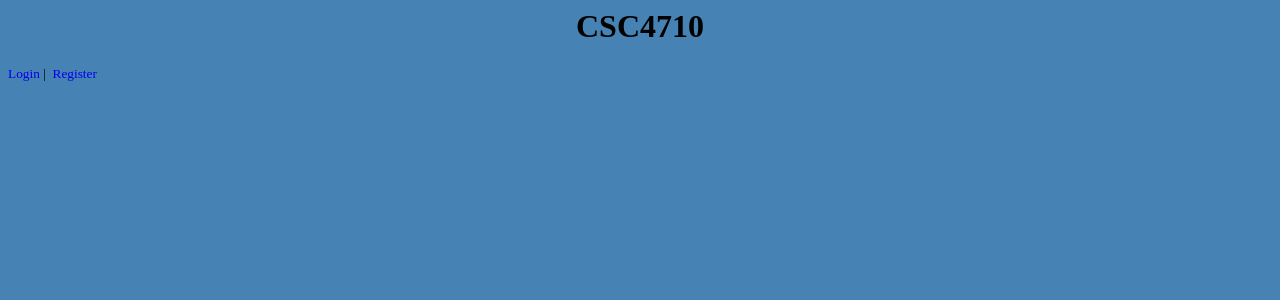
Repository: burtonn1845/csc4710Project
Page: http://localhost/CSC4710Demo/jsps/top.jsp
An editor plug-in stored every save of this project. The page is shown before and after the next save, followed by the edit.
The browser window is 1280 px wide. The pictures show the whole page.
The page is served by Tomcat 9. Other server files are loaded and not shown.

Above is the page before, as saved 2018-06-09 21:55:38.

### CSC4710Demo/WebContent/jsps/top.jsp
<%@ page language="java" import="java.util.*" pageEncoding="UTF-8"%>
<%@ taglib prefix="c" uri="http://java.sun.com/jsp/jstl/core" %>


<!DOCTYPE HTML PUBLIC "-//W3C//DTD HTML 4.01 Transitional//EN">
<html>
  <head>
    <title>top</title>

	<meta http-equiv="pragma" content="no-cache">
	<meta http-equiv="cache-control" content="no-cache">
	<meta http-equiv="expires" content="0">
	<meta http-equiv="keywords" content="keyword1,keyword2,keyword3">
	<meta http-equiv="description" content="This is my page">
	<meta http-equiv="content-type" content="text/html;charset=utf-8">
	<!--
	<link rel="stylesheet" type="text/css" href="styles.css">
	-->
<style type="text/css">
	body {
		background: #4682B4;
	}
	a {
		text-transform:none;
		text-decoration:none;
	}
	a:hover {
		text-decoration:underline;
	}
</style>
  </head>

  <body>
<h1 style="text-align: center;">CSC4710</h1>
<div style="font-size: 10pt;">
	<c:choose>
		<c:when test="${empty sessionScope.session_user }">
			<a href="<c:url value='/jsps/user/login.jsp'/>" target="_parent">Login</a> |&nbsp;
			<a href="<c:url value='/jsps/user/regist.jsp'/>" target="_parent">Register</a>
		</c:when>
		<c:otherwise>
			Hello：${sessionScope.session_user.username };
			<a href="<c:url value='/jsps/item.jsp'/>" target="body">Query Result</a>&nbsp;&nbsp;
		</c:otherwise>
	</c:choose>

</div>
  </body>
</html>

After the next save:
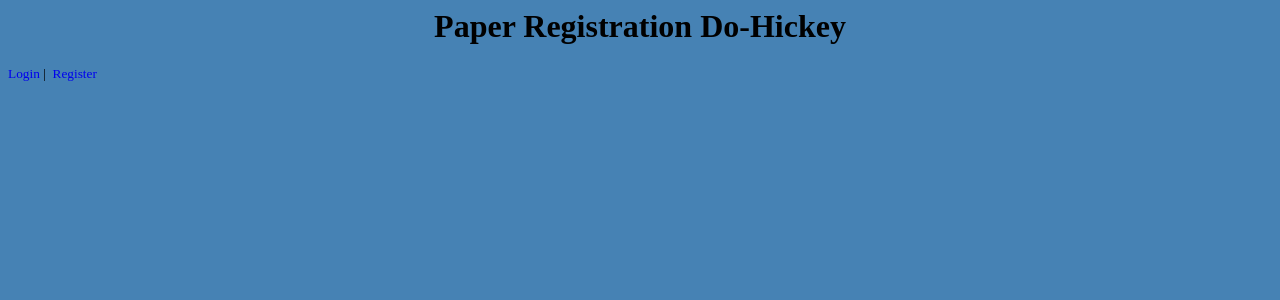
Saved 50 s later.
--- a/CSC4710Demo/WebContent/jsps/top.jsp
+++ b/CSC4710Demo/WebContent/jsps/top.jsp
@@ -31,7 +31,7 @@
   </head>
 
   <body>
-<h1 style="text-align: center;">CSC4710</h1>
+<h1 style="text-align: center;">Paper Registration Do-Hickey</h1>
 <div style="font-size: 10pt;">
 	<c:choose>
 		<c:when test="${empty sessionScope.session_user }">
